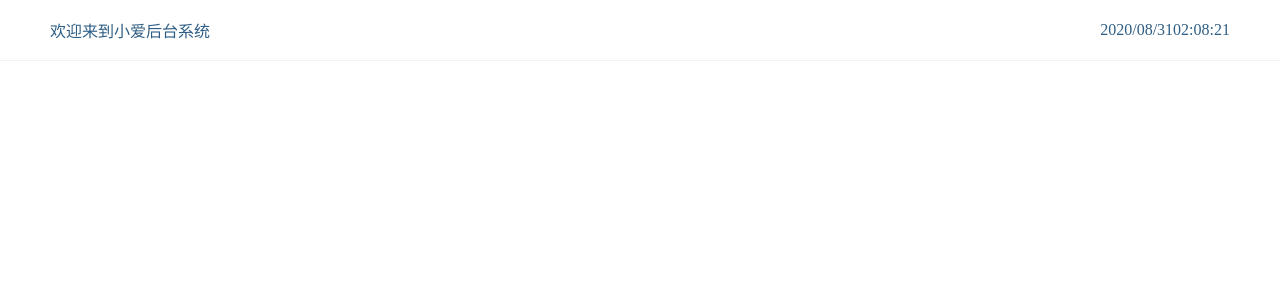
Repository: ZHANG-0714/backstage
Page: /
An editor plug-in stored every save of this project. The page is shown before and after the next save, followed by the edit.
The browser window is 1280 px wide. The pictures show the whole page.
The project was rebuilt for these pictures with package versions that can differ from the ones it lists, and the page was loaded fresh each time. Also part of the build but not shown: vue.config.js, src/views/Home.vue.

Above is the page before, as saved 2020-08-31 16:27:43.

After the next save:
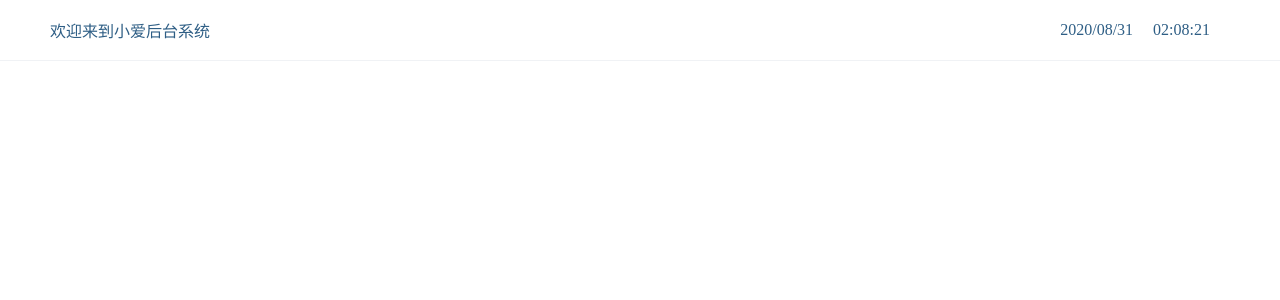
Saved 10 min 48 s later.
--- a/src/components/public/headTop.vue
+++ b/src/components/public/headTop.vue
@@ -3,8 +3,8 @@
   <div class="top flex align-items space-between">
     <div class="name">欢迎来到小爱后台系统</div>
     <div class="flex">
-      <div>{{time}}</div>
-      <div>{{date}}</div>
+      <div class="time">{{time}}</div>
+      <div class="time">{{date}}</div>
     </div>
   </div>
 </template>
@@ -18,7 +18,7 @@ export default {
   data() {
     return {
       time: "", //获取当前登录时间
-      date: '',
+      date: "",
     };
   },
   methods: {},
@@ -29,7 +29,7 @@ export default {
 
     let _this = this; // 声明一个变量指向Vue实例this，保证作用域一致
     this.timer = setInterval(() => {
-      _this.date = dayjs().format('hh:mm:ss'); // 修改数据date
+      _this.date = dayjs().format("hh:mm:ss"); // 修改数据date
     }, 1000);
   },
   watch: {},
@@ -44,4 +44,7 @@ export default {
   border-bottom: 1px solid #f0f2f5;
   color: #2e5e85;
 }
+.time {
+  margin-right: 20px;
+}
 </style>
